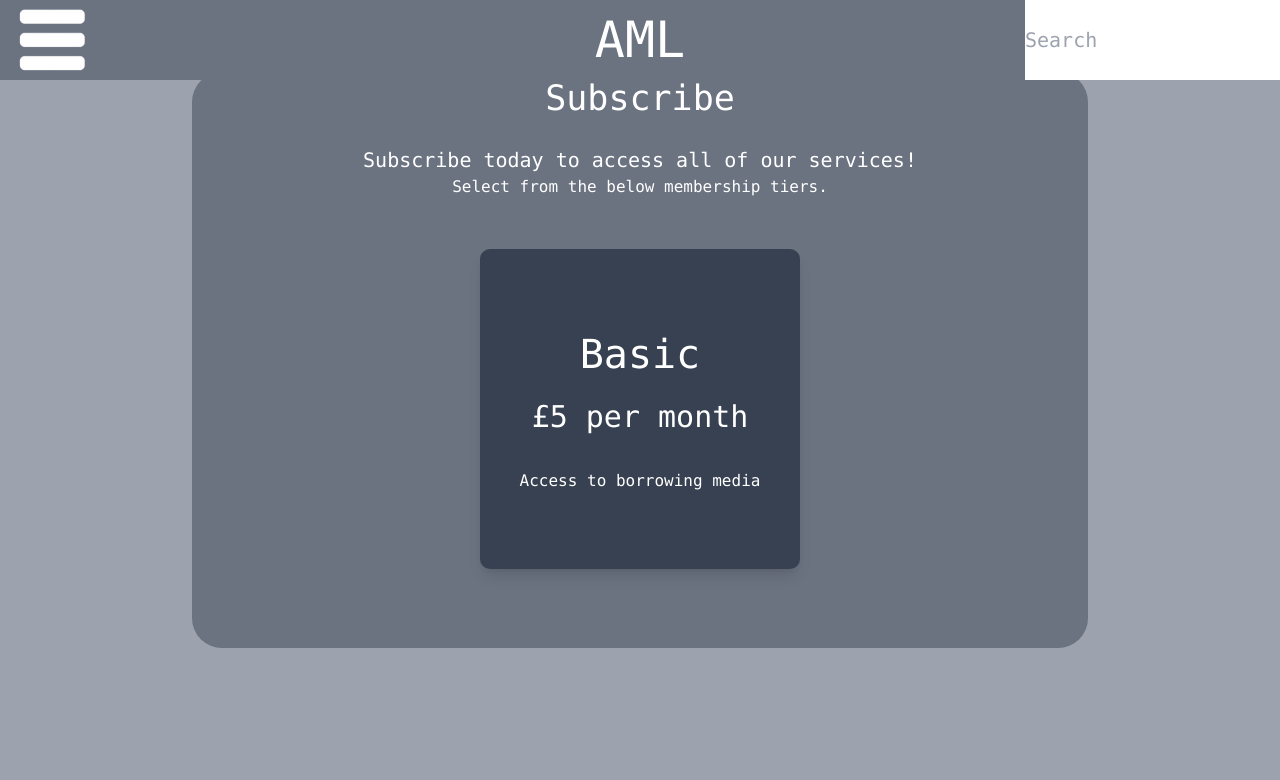
Repository: DuyKhanhDo/AML-Concept
Page: http://localhost/subscribe
An editor plug-in stored every save of this project. The page is shown before and after the next save, followed by the edit.
The browser window is 1280 px wide. The pictures show the whole page.
Some web libraries are served in a nearby version. The page is served by the project's Laravel application, run on PHP 8.4 with Laravel 12. A made-up administrator, Test User (test@example.com), is signed in.

Above is the page before, as saved 2024-11-11 12:57:37.

After the next save:
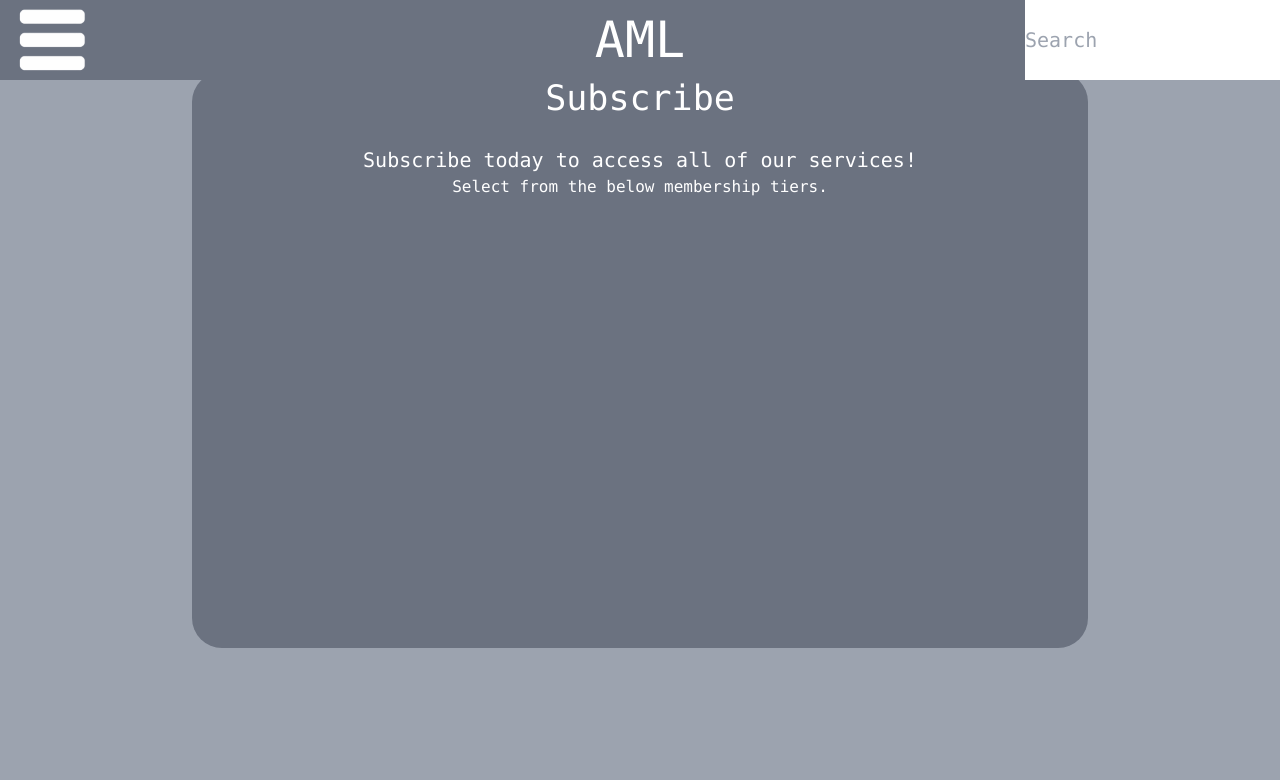
Saved 8 s later.
--- a/resources/views/subscribe.blade.php
+++ b/resources/views/subscribe.blade.php
@@ -5,7 +5,7 @@
                 <h1 class="text-[35px]">Subscribe</h1>
                 <h3 class="text-[20px] mt-[20px]">Subscribe today to access all of our services!</h3>
                 <h5>Select from the below membership tiers.</h5>
-                <button class="bg-gray-700 rounded-[10px] w-[20rem] h-[20rem] shadow-lg mt-[50px]">
+                <button class="bg-gray-700 rounded-[10px] w-[20rem] h-[20rem] shadow-lg mt-[70rem]">
                     <h2 class="text-[40px] mb-[10px]">Basic</h2>
                     <h2 class="text-[30px] mb-[30px]">£5 per month</h2>
                     <h3>Access to borrowing media</h3>
